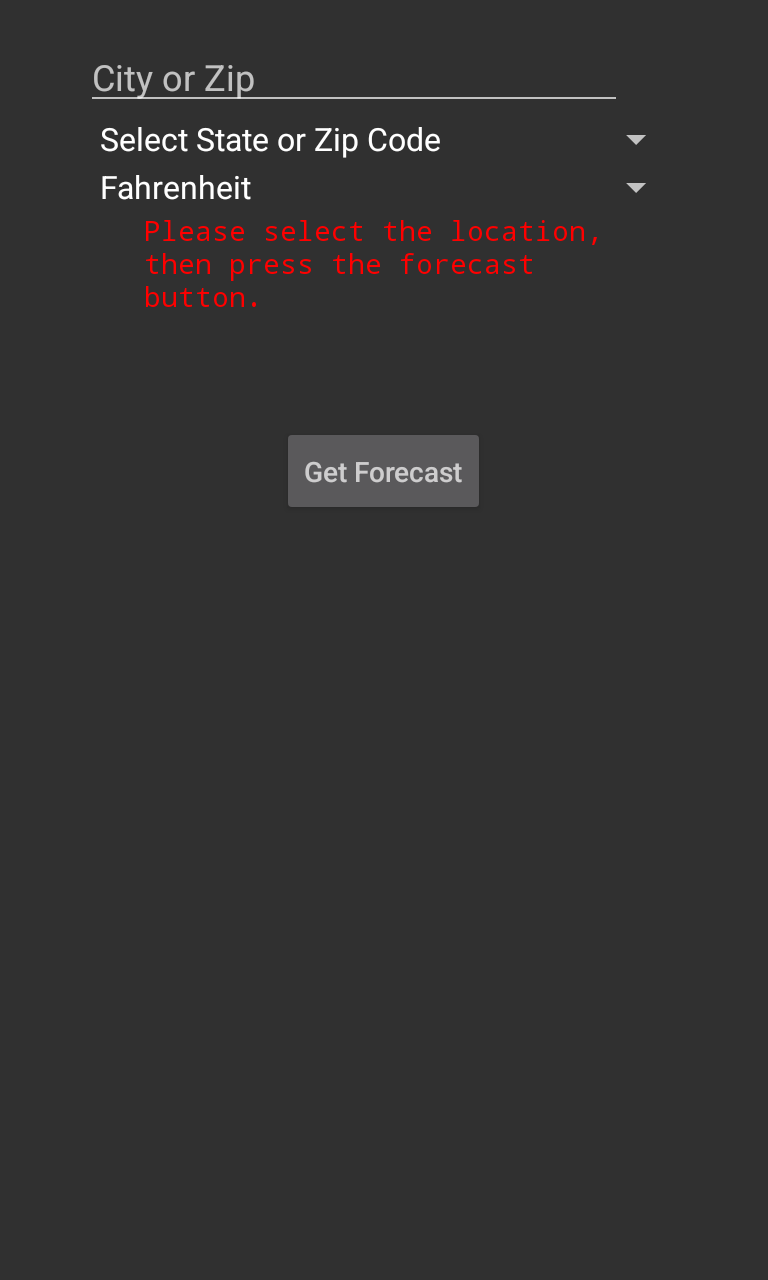
Repository: g80349/Java1
Layout: Week4/Weather/res/layout/activity_main.xml
The author's editor kept a copy of each file at every save. The layout is drawn from the files as they stood at one save, then again after the next save.
It is drawn on a 768 x 1280 px phone screen (xhdpi) without system bars, with theme Theme.AppCompat; the app's code is not run.

Above is the layout before, as saved 2014-04-30 16:33:58.

### Week4/Weather/res/layout/activity_main.xml
<RelativeLayout xmlns:android="http://schemas.android.com/apk/res/android"
    xmlns:tools="http://schemas.android.com/tools"
    android:layout_width="match_parent"
    android:layout_height="match_parent"
    android:paddingBottom="@dimen/activity_vertical_margin"
    android:paddingLeft="@dimen/activity_horizontal_margin"
    android:paddingRight="@dimen/activity_horizontal_margin"
    android:paddingTop="@dimen/activity_vertical_margin"
    tools:context="com.example.weather.MainActivity$PlaceholderFragment" >

    <EditText
        android:id="@+id/edit_city"
        android:layout_width="300dp"
        android:layout_height="wrap_content"
        android:layout_alignLeft="@+id/state"
        android:layout_alignRight="@+id/forecast"
        android:hint="@string/cityText" />

    <Spinner
        android:id="@+id/state"
        android:layout_width="300dp"
        android:layout_height="wrap_content"
        android:layout_below="@+id/edit_city"
        android:layout_centerHorizontal="true"
        android:entries="@array/state_array" />

    <Spinner
        android:id="@+id/measurement"
        android:layout_width="300dp"
        android:layout_height="wrap_content"
        android:layout_alignLeft="@+id/state"
        android:layout_below="@+id/state"
        android:entries="@array/measurement_array" />

    <TextView
        android:id="@+id/forecast"
        android:layout_width="240dp"
        android:layout_height="wrap_content"
        android:layout_below="@+id/measurement"
        android:layout_centerHorizontal="true"
        android:text="@string/forecast_text"
        style="@style/textStyle"/>

    <Button
        android:id="@+id/enter"
        android:layout_width="wrap_content"
        android:layout_height="wrap_content"
        android:layout_below="@+id/forecast"
        android:layout_centerHorizontal="true"
        android:layout_marginTop="54dp"
        android:hint="@string/enter_button"
        android:onClick="onClick" />

</RelativeLayout>

### Week4/Weather/res/values/strings.xml
<?xml version="1.0" encoding="utf-8"?>
<resources>

    <string name="app_name">Weather</string>
    <string name="forecast_text">Please select the location, then press the forecast button.</string>
    <string name="action_settings">Settings</string>

    <string name="cityText">City or Zip</string>
    <string-array name="state_array">
        <item>Select State or Zip Code</item>
        <item>Zip Code</item>
        <item>AL</item>
        <item>AK</item>
        <item>AZ</item>
        <item>AR</item>
        <item>CA</item>
        <item>CO</item>
        <item>CT</item>
        <item>DE</item>
        <item>FL</item>
        <item>GA</item>
        <item>HI</item>
        <item>ID</item>
        <item>IL</item>
        <item>IN</item>
        <item>IA</item>
        <item>KS</item>
        <item>KY</item>
        <item>LA</item>
        <item>ME</item>
        <item>MD</item>
        <item>MA</item>
        <item>MI</item>
        <item>MN</item>
        <item>MS</item>
        <item>MO</item>
        <item>MT</item>
        <item>NE</item>
        <item>NV</item>
        <item>NH</item>
        <item>NJ</item>
        <item>NM</item>
        <item>NY</item>
        <item>NC</item>
        <item>ND</item>
        <item>OH</item>
        <item>OK</item>
        <item>OR</item>
        <item>PA</item>
        <item>RI</item>
        <item>SC</item>
        <item>SD</item>
        <item>TN</item>
        <item>TX</item>
        <item>UT</item>
        <item>VT</item>
        <item>VA</item>
        <item>WA</item>
        <item>WV</item>
        <item>WI</item>
        <item>WY</item>
    </string-array>
    <string-array name="measurement_array">
        <item>Fahrenheit</item>
        <item>Celcius</item>
    </string-array>

    <string name="enter_button">Get Forecast</string>

</resources>

### Week4/Weather/res/values/styles.xml
<resources>

    <!--
        Base application theme, dependent on API level. This theme is replaced
        by AppBaseTheme from res/values-vXX/styles.xml on newer devices.
    -->
    <style name="AppBaseTheme" parent="Theme.AppCompat.Light">
        <!--
            Theme customizations available in newer API levels can go in
            res/values-vXX/styles.xml, while customizations related to
            backward-compatibility can go here.
        -->
    </style>

    <!-- Application theme. -->
  <!--  <style name="AppTheme" parent="AppBaseTheme">
         All customizations that are NOT specific to a particular API-level can go here. -->
        <style name="textStyle" parent="@style/Theme.AppCompat">
			<item name="android:layout_width">fill_parent</item>
			<item name="android:layout_height">wrap_content</item>
			<item name="android:textColor">#FF0000</item>
			<item name="android:typeface">monospace</item>
		</style>
    <!--</style>-->

</resources>

Loaded but not shown: Week4/Weather/res/values/dimens.xml (common file); Week4/Weather/res/values-w820dp/dimens.xml (common file)

After the next save:
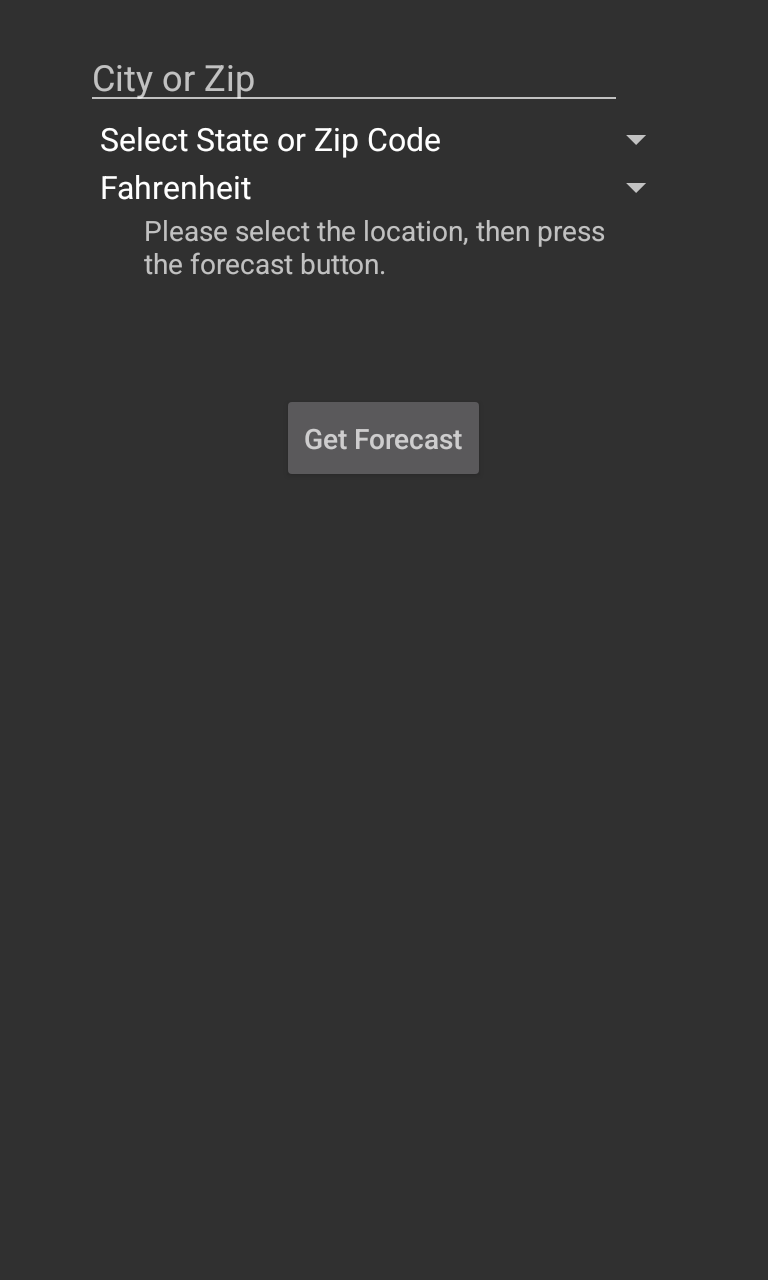
Saved 14 min 42 s later.
--- a/Week4/Weather/res/layout/activity_main.xml
+++ b/Week4/Weather/res/layout/activity_main.xml
@@ -39,7 +39,7 @@
         android:layout_below="@+id/measurement"
         android:layout_centerHorizontal="true"
         android:text="@string/forecast_text"
-        style="@style/textStyle"/>
+        />
 
     <Button
         android:id="@+id/enter"
